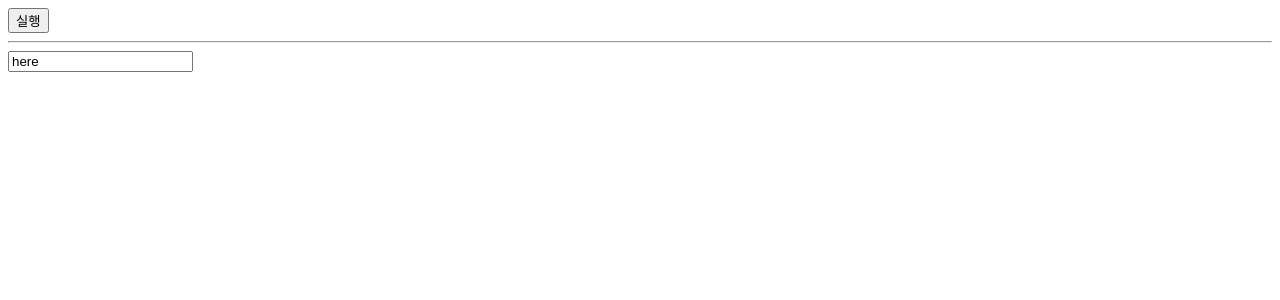
Repository: jinseon5462/Study_Jsp2
Page: http://localhost/ajax_crud/listView.jsp
These files come from the project's save history. The page is drawn as it stood at one moment and after a run of saves; the edit follows.
The browser window is 1280 px wide. The pictures show the whole page.
The page is served by Tomcat 9. Other server files are loaded and not shown.

Above is the page before, as saved 2023-01-03 11:56:47.

### jsp_ws/ajax_crud/src/main/webapp/listView.jsp
<%@ page language="java" contentType="text/html; charset=UTF-8"
    pageEncoding="UTF-8"%>
<!DOCTYPE html>
<html>
<head>
<meta charset="UTF-8">
<title></title>
</head>
<body>
<button id="btn">실행</button>
<hr>
<input type="text" id="id" value="here"><br>
<script>

</script>
</body>
</html>

After the next 2 saves:
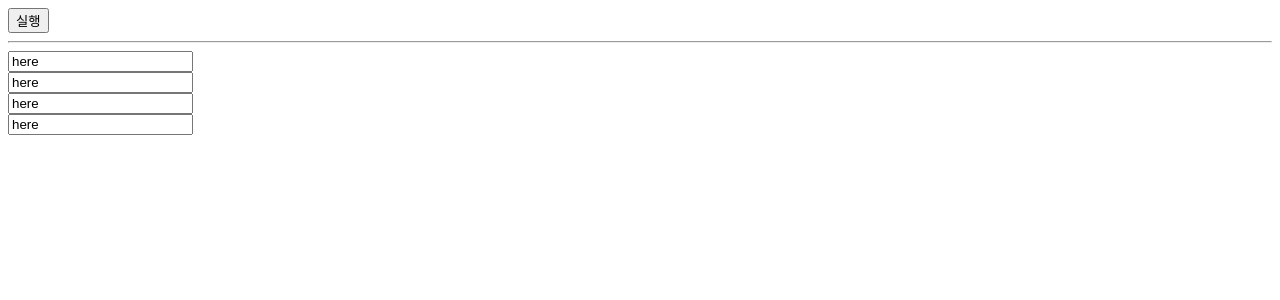
The 2 saves are shown as one change because they came seconds apart.
The last was saved 12 s later.
--- a/jsp_ws/ajax_crud/src/main/webapp/listView.jsp
+++ b/jsp_ws/ajax_crud/src/main/webapp/listView.jsp
@@ -10,6 +10,9 @@
 <button id="btn">실행</button>
 <hr>
 <input type="text" id="id" value="here"><br>
+<input type="text" id="pw" value="here"><br>
+<input type="text" id="name" value="here"><br>
+<input type="text" id="tel" value="here">
 <script>
 
 </script>
